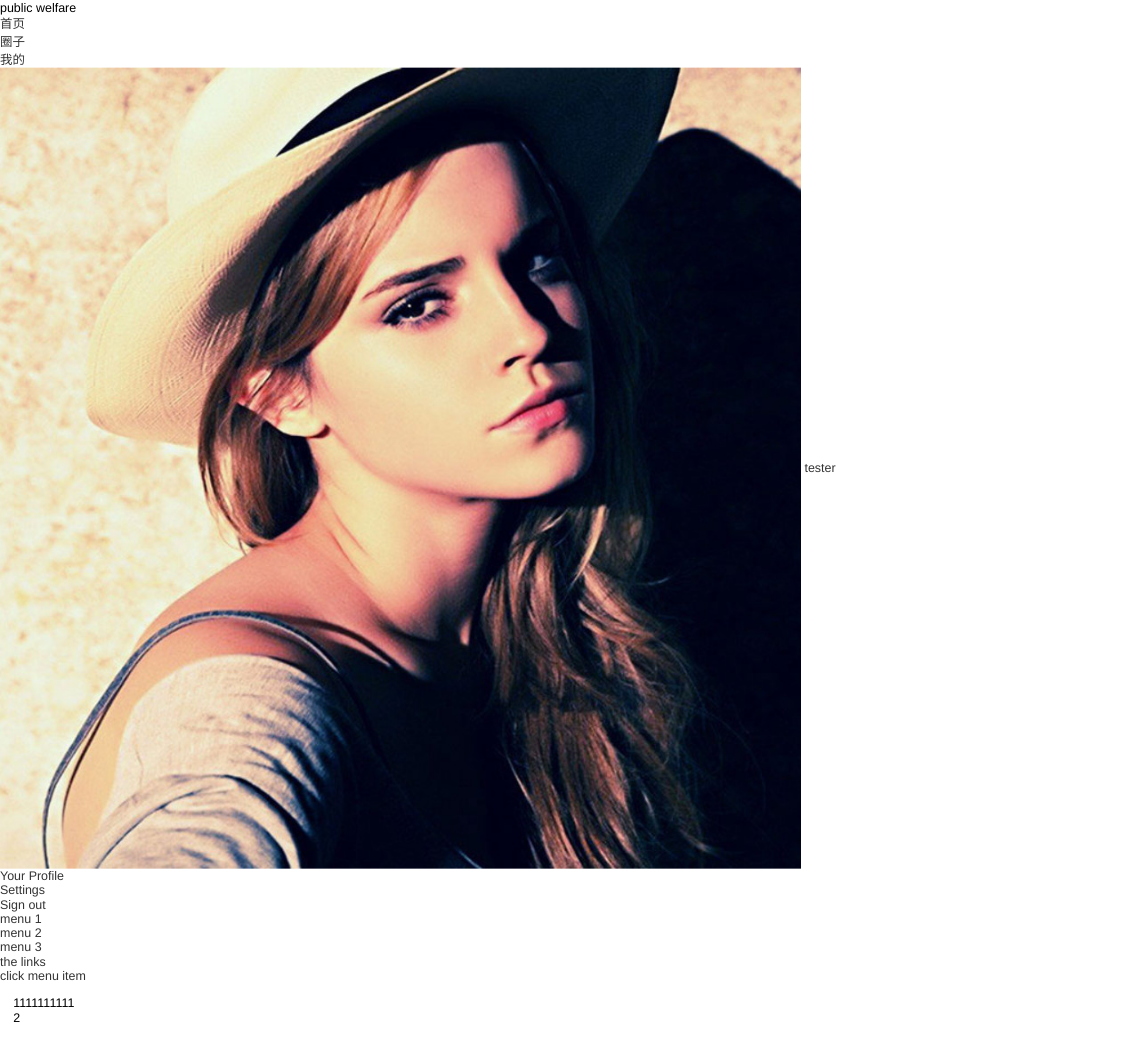
Repository: wjiawei97/FrontEndExercises
Page: 6. bigEvent/index.html
These files come from the project's save history. The page is drawn as it stood at one moment and after the next save; the edit follows.
The browser window is 1280 px wide. The pictures show the whole page, at 89% of full size.

Above is the page before, as saved 2021-08-12 09:29:35.

After the next save:
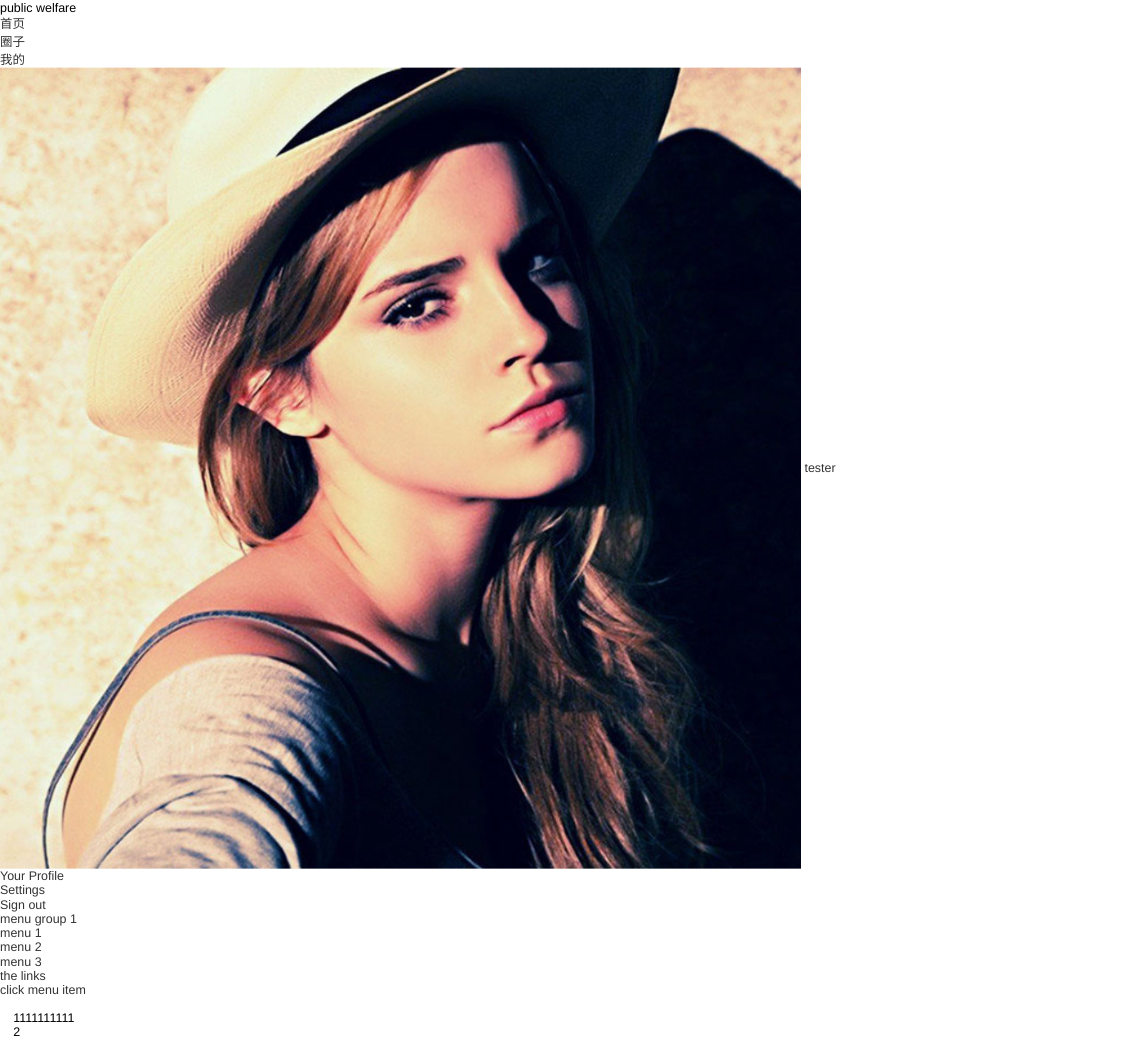
Saved 19 s later.
--- a/6. bigEvent/index.html
+++ b/6. bigEvent/index.html
@@ -60,9 +60,9 @@
             <div class="pb-side-scroll">
                 <ul class="pb-nav pb-nav-tree">
                     <li class="pb-nav-item pb-nav-itemed">
-                        <!-- <a class="" href="javascript:;">menu group 1
+                        <a class="" href="javascript:;">menu group 1
                             <i class="pb-icon pb-icon-down pb-nav-more"></i>
-                        </a> -->
+                        </a>
                         <dl class="pb-nav-child">
                             <dd><a href="javascript:;">menu 1</a></dd>
                             <dd><a href="javascript:;">menu 2</a></dd>
